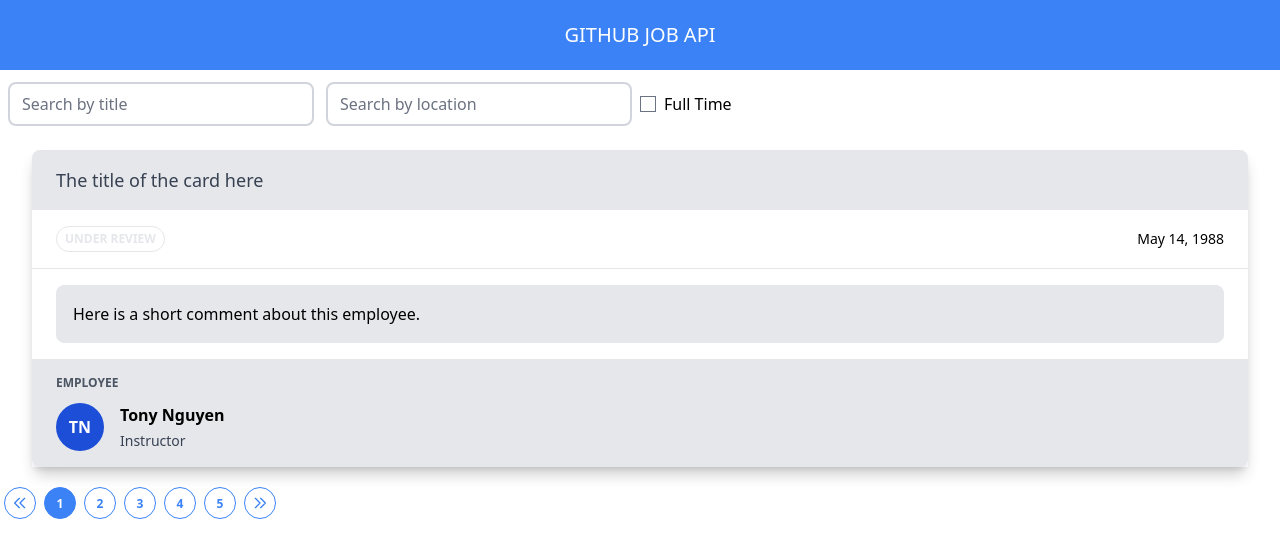
Repository: ShamroOoz/Github-job-api-React-Tailwind
Page: /
An editor plug-in stored every save of this project. The page is shown before and after the next save, followed by the edit.
The browser window is 1280 px wide. The pictures show the whole page.
The page's requests for data from a server got no answer. The project was rebuilt for these pictures with package versions that can differ from the ones it lists, and the page was loaded fresh each time. No one was signed in, and anything a server would have sent is missing. Also part of the build but not shown: craco.config.js.

Above is the page before, as saved 2021-03-21 17:20:20.

### src/index.css
@tailwind base;
@tailwind components;
@tailwind utilities;

.text-style {
  @apply w-3/5 outline-none border-0 focus:ring-2 ring-indigo-600 border-2 border-gray-300 rounded-lg placeholder-gray-500 placeholder-opacity-100;
}

### src/App.js
import { useState } from "react";
import { useFetch } from "./components/Hooks/useFetch";
import NavBar from "./components/NavBar";
import SearchForm from "./components/SearchForm";
import Pagination from "./components/Pagination";
import Job from "./components/Reducer/Job";

function App() {
  const [params, setparam] = useState({});
  const [page, setpage] = useState(1);
  const { jobs, loading, error } = useFetch(params, page);

  const handleparamchange = (e) => {
    setpage(1);
    let param = e.target.name;
    let value = e.target.value;
    setparam((prevparams) => {
      return { ...prevparams, [param]: value };
    });
  };

  return (
    <>
      <NavBar />
      <SearchForm handleparamchange={handleparamchange} params={params} />
      {/* <div className="px-2">
        {loading && <div className="text-3xl font-bold">Loading..</div>}
        {error && (
          <div className="text-lg text-red-500">Error..Try refreshing</div>
        )}
        <div>
          {jobs &&
            jobs.map((job) => (
              <li className="leading-7 text-xl" key={job.id}>
                {job.title}
              </li>
            ))}
        </div>
      </div> */}
      <Job />
      <Pagination />
    </>
  );
}

export default App;

### src/components/Hooks/useFetch.js
import { useReducer, useEffect } from "react";
import axios from "axios";
import { reducer, ACTIONS } from "../Reducer/Reduce";

//
const { MAKE_REQUEST, GET_DATA, ERROR } = ACTIONS;
const BASE_URL =
  "https://secret-ocean-49799.herokuapp.com/https://jobs.github.com/positions.json";

const initialState = {
  jobs: [],
  loading: false,
  error: false,
};

export const useFetch = (params, page) => {
  const [state, dispatch] = useReducer(reducer, initialState);

  //useeffect hook to get data

  useEffect(() => {
    const cancelToken = axios.CancelToken.source();
    dispatch({ type: MAKE_REQUEST, payload: "" });
    axios
      .get(BASE_URL, {
        cancelToken: cancelToken.token,
        params: {
          markdown: true,
          page: page,
          ...params,
        },
      })
      .then((res) => {
        dispatch({ type: GET_DATA, payload: res.data });
        console.log(res.data);
      })
      .catch((err) => {
        if (axios.isCancel(err)) return;
        dispatch({ type: ERROR, payload: err });
      });
    //clean up
    return () => {
      cancelToken.cancel();
    };
  }, [page, params]);

  return state;
};

### src/components/NavBar.js
import React from "react";

const NavBar = () => {
  return (
    <nav className="relative flex flex-wrap items-center justify-center px-2 py-3 navbar-expand-lg bg-blue-500 ">
      <h2 className=" inline-block py-2 whitespace-no-wrap uppercase text-xl font-normal leading-normal  text-white">
        Github Job Api
      </h2>
    </nav>
  );
};

export default NavBar;

### src/components/SearchForm.js
import React from "react";

const SearchForm = ({ handleparamchange, params }) => {
  return (
    <form>
      <div className="grid grid-cols-2  ">
        <div className="py-3 px-2 flex space-x-3 ">
          <input
            className="text-style"
            type="text"
            placeholder={`Search by title `}
            name="description"
            value={params.description || ""}
            onChange={handleparamchange}
          />
          <input
            className="text-style"
            type="text"
            placeholder={`Search by location`}
            name="location"
            value={params.location || ""}
            onChange={handleparamchange}
          />
        </div>
        <div className="flex">
          <label className="flex items-center">
            <input
              type="checkbox"
              value={params.full_time || ""}
              onChange={handleparamchange}
            />
            <span className="ml-2">Full Time </span>
          </label>
        </div>
      </div>
    </form>
  );
};

export default SearchForm;

### src/components/Pagination.js
import React from "react";

const Pagination = () => {
  return (
    <div className="py-2">
      <nav className="block">
        <ul className="flex pl-0 rounded list-none flex-wrap">
          <li>
            <a
              href="#pablo"
              className="first:ml-0 text-xs font-semibold flex w-8 h-8 mx-1 p-0 rounded-full items-center justify-center leading-tight relative border border-solid border-blue-500 bg-white text-blue-500"
            >
              <svg
                xmlns="http://www.w3.org/2000/svg"
                fill="none"
                viewBox="0 0 24 24"
                stroke="currentColor"
                className="w-4"
              >
                <path
                  strokeLinecap="round"
                  strokeLinejoin="round"
                  strokeWidth="2"
                  d="M11 19l-7-7 7-7m8 14l-7-7 7-7"
                />
              </svg>
            </a>
          </li>
          <li>
            <a
              href="#pablo"
              className="first:ml-0 text-xs font-semibold flex w-8 h-8 mx-1 p-0 rounded-full items-center justify-center leading-tight relative border border-solid border-blue-500 text-white bg-blue-500"
            >
              1
            </a>
          </li>
          <li>
            <a
              href="#pablo"
              className="first:ml-0 text-xs font-semibold flex w-8 h-8 mx-1 p-0 rounded-full items-center justify-center leading-tight relative border border-solid border-blue-500 bg-white text-blue-500"
            >
              2
            </a>
          </li>
          <li>
            <a
              href="#pablo"
              className="first:ml-0 text-xs font-semibold flex w-8 h-8 mx-1 p-0 rounded-full items-center justify-center leading-tight relative border border-solid border-blue-500 bg-white text-blue-500"
            >
              3
            </a>
          </li>
          <li>
            <a
              href="#pablo"
              className="first:ml-0 text-xs font-semibold flex w-8 h-8 mx-1 p-0 rounded-full items-center justify-center leading-tight relative border border-solid border-blue-500 bg-white text-blue-500"
            >
              4
            </a>
          </li>
          <li>
            <a
              href="#pablo"
              className="first:ml-0 text-xs font-semibold flex w-8 h-8 mx-1 p-0 rounded-full items-center justify-center leading-tight relative border border-solid border-blue-500 bg-white text-blue-500"
            >
              5
            </a>
          </li>
          <li>
            <a
              href="#pablo"
              className="first:ml-0 text-xs font-semibold flex w-8 h-8 mx-1 p-0 rounded-full items-center justify-center leading-tight relative border border-solid border-blue-500 bg-white text-blue-500"
            >
              <svg
                xmlns="http://www.w3.org/2000/svg"
                fill="none"
                viewBox="0 0 24 24"
                stroke="currentColor"
                className="w-4"
              >
                <path
                  strokeLinecap="round"
                  strokeLinejoin="round"
                  strokeWidth="2"
                  d="M13 5l7 7-7 7M5 5l7 7-7 7"
                />
              </svg>
            </a>
          </li>
        </ul>
      </nav>
    </div>
  );
};

export default Pagination;

### src/components/Reducer/Job.js
import React from "react";

const Job = () => {
  return (
    <div class="flex shadow-lg mx-8 my-3">
      <div class="w-full flex flex-col bg-white shadow-lg rounded-lg overflow-hidden">
        <div class="bg-gray-200 text-gray-700 text-lg px-6 py-4">
          The title of the card here
        </div>

        <div class="flex justify-between items-center px-6 py-4">
          <div class="bg-orange-600 text-xs uppercase px-2 py-1 rounded-full border border-gray-200 text-gray-200 font-bold">
            Under Review
          </div>
          <div class="text-sm">May 14, 1988</div>
        </div>

        <div class="px-6 py-4 border-t border-gray-200">
          <div class="border rounded-lg p-4 bg-gray-200">
            Here is a short comment about this employee.
          </div>
        </div>

        <div class="bg-gray-200 px-6 py-4">
          <div class="uppercase text-xs text-gray-600 font-bold">Employee</div>

          <div class="flex items-center pt-3">
            <div class="bg-blue-700 w-12 h-12 flex justify-center items-center rounded-full uppercase font-bold text-white">
              TN
            </div>
            <div class="ml-4">
              <p class="font-bold">Tony Nguyen</p>
              <p class="text-sm text-gray-700 mt-1">Instructor</p>
            </div>
          </div>
        </div>
      </div>
    </div>
  );
};

export default Job;

### src/components/Reducer/Reduce.js
export const ACTIONS = {
  MAKE_REQUEST: "MAKE_REQUEST",
  GET_DATA: "GET_DATA",
  ERROR: "ERROR",
};

export const reducer = (state, action) => {
  switch (action.type) {
    case ACTIONS.MAKE_REQUEST:
      return { ...state, loading: true };
    case ACTIONS.GET_DATA:
      return {
        ...state,
        loading: false,
        jobs: action.payload,
      };
    case ACTIONS.ERROR:
      return { ...state, error: true };
    default:
      return state;
  }
};

Loaded but not shown: public/index.html (common file); src/index.js (common file); tailwind.config.js (common file)

After the next save:
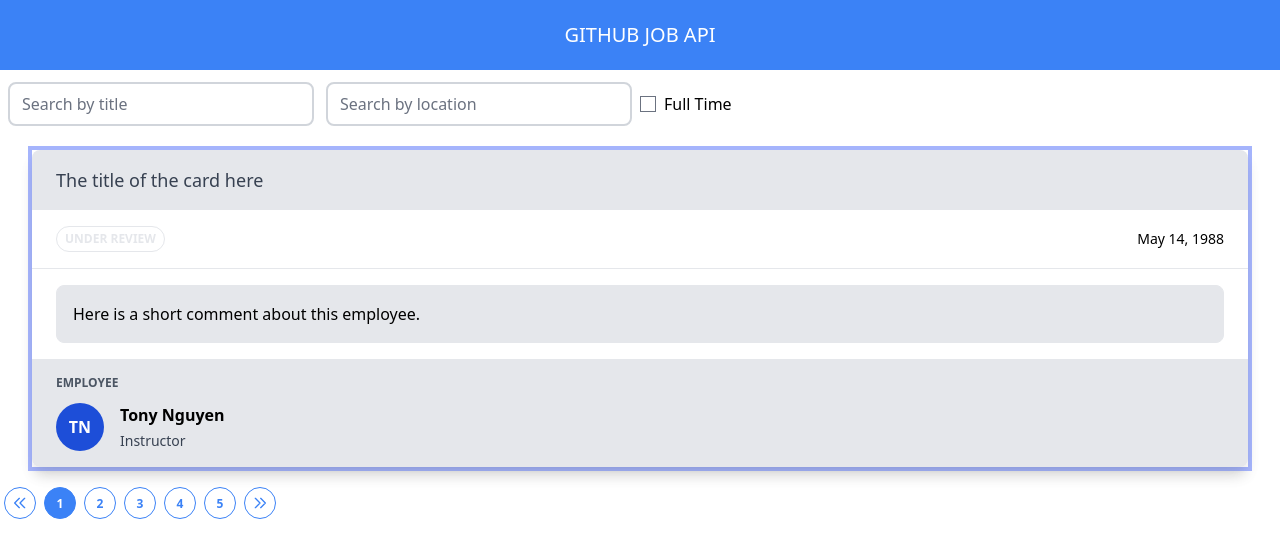
Saved 100 s later.
--- a/src/components/Reducer/Job.js
+++ b/src/components/Reducer/Job.js
@@ -2,7 +2,7 @@
 
 const Job = () => {
   return (
-    <div class="flex shadow-lg mx-8 my-3">
+    <div class="flex shadow-lg ring-4 ring-indigo-300 mx-8 my-3">
       <div class="w-full flex flex-col bg-white shadow-lg rounded-lg overflow-hidden">
         <div class="bg-gray-200 text-gray-700 text-lg px-6 py-4">
           The title of the card here
